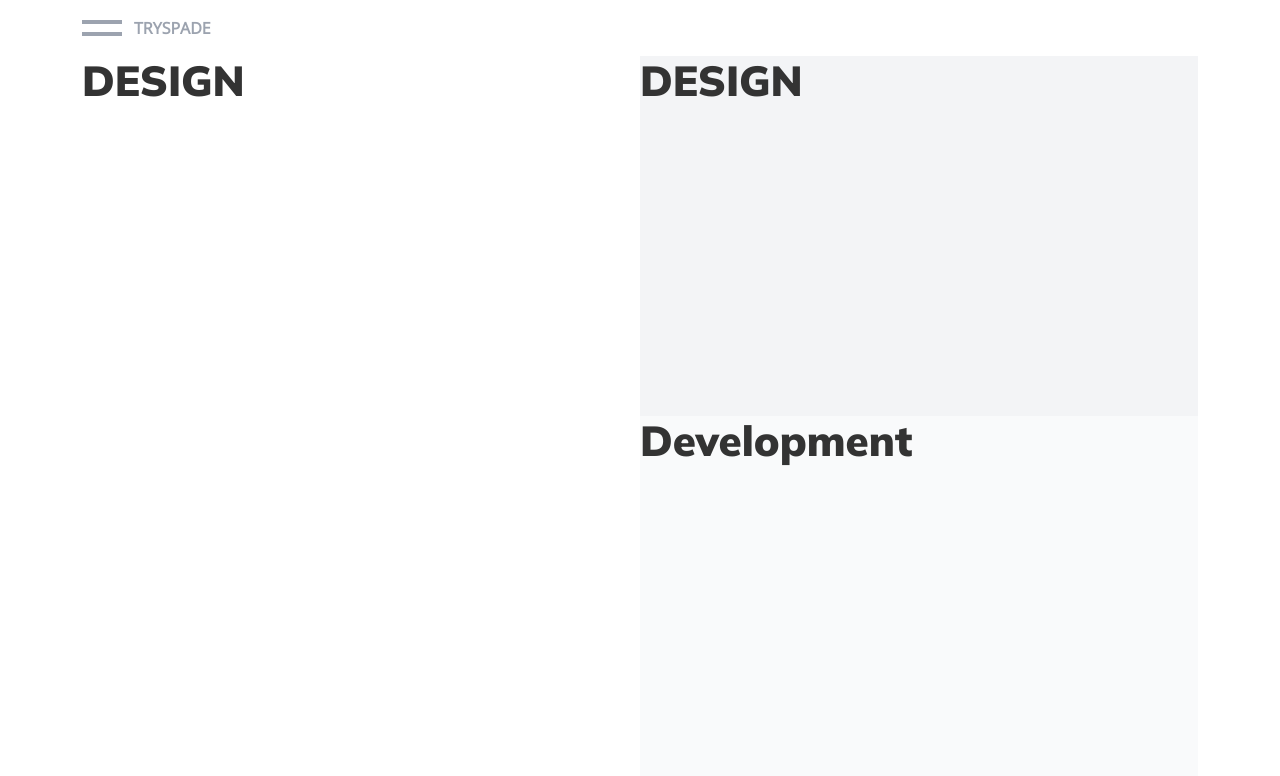
Repository: latenightsnacc/super-octo-fortnight
Page: new.html
These files come from the project's save history. The page is drawn as it stood at one moment and after the next save; the edit follows.
The browser window is 1280 px wide. The pictures show the whole page.
Some web libraries are served in a nearby version. The style sheet was rebuilt from its Sass, Less or Tailwind sources for each picture, by a compiler version that may differ from the author's.

Above is the page before, as saved 2021-03-01 11:59:36.

After the next save:
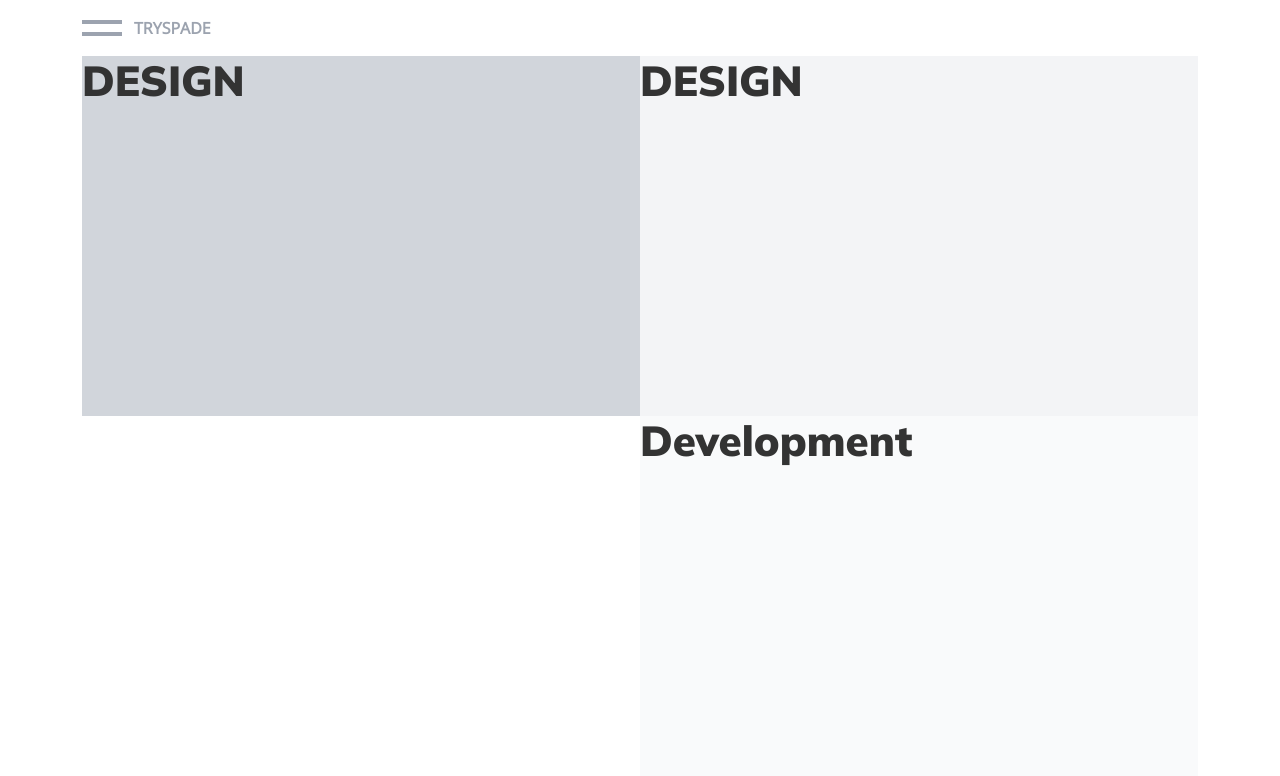
Saved 63 s later.
--- a/new.html
+++ b/new.html
@@ -36,8 +36,10 @@
         <div class="container">
             <div class="flex flex-row h-screen">
                 <div class="w-1/2 flex flex-col">
-                  <div class="flex h-full">
-                      <h1 class="uppercase">design</h1>
+                  <div class="bg-gray-300 h-50">
+                      <div class="flex h-full">
+                        <h1 class="uppercase">design</h1>
+                      </div>
                   </div>
                 </div>
                 <div class="w-1/2 ">
